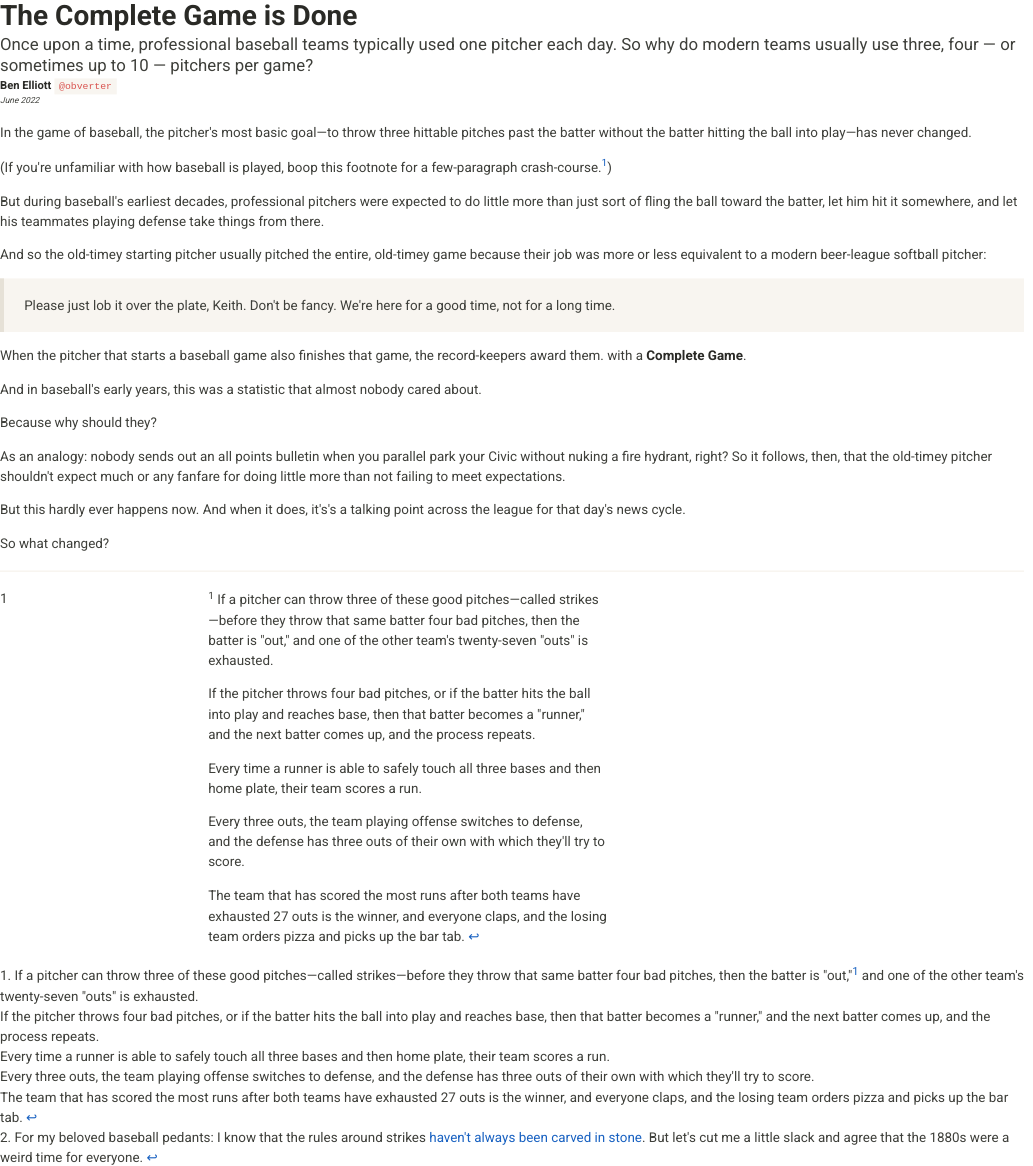
Repository: obverter/complete-games-are-done
Page: index.html
An editor plug-in stored every save of this project. The page is shown before and after the next save, followed by the edit.
The browser window is 1280 px wide. The page is 1291 px wide, so the pictures cover 1291 px, including what lies to the right of the window. The pictures show the whole page, at 80% of full size.

Above is the page before, as saved 2022-06-25 07:55:29.

### index.html
<!DOCTYPE html>
<html>
    <head>
        <meta charset="utf-8" />
        <meta name="viewport" content="width=device-width, initial-scale=1" />
        <title>Complete Games Are Done</title>
        <!-- todo: Title above is the text in the browser tab. -->
        <link rel="stylesheet" href="docs/bulmaswap.min.css" />
    </head>

    <body>
        <h1 class="title is-2">The Complete Game is Done</h1>
        <!-- todo: Title above is the Content title. -->
        <p class="subtitle is-4">
            Once upon a time, professional baseball teams typically used one
            pitcher each day. So why do modern teams usually use three, four —
            or sometimes up to 10 — pitchers per game?
            <!-- todo: Subtitle above is the Content subtitle. -->
        </p>

        <h6 class="title is-6">Ben Elliott <code>@obverter</code></h6>
        <h6 class="subtitle is-7"><em>June 2022</em></h6>
        <div class="content">
            <p>
                In the game of baseball, the pitcher's most basic goal—to throw
                three hittable pitches past the batter without the batter
                hitting the ball into play—has never changed.
            </p>
            <p>
                (If you're unfamiliar with how baseball is played, boop this
                footnote for a few-paragraph crash-course.<sup
                    ><a href="#fn1" id="ref1">1</a></sup
                >)
            </p>
            <p>
                But during baseball's earliest decades, professional pitchers
                were expected to do little more than just sort of fling the ball
                toward the batter, let him hit it somewhere, and let his
                teammates playing defense take things from there.
            </p>
            <p>
                And so the old-timey starting pitcher usually pitched the
                entire, old-timey game because their job was more or less
                equivalent to a modern beer-league softball pitcher:
            </p>
            <blockquote>
                Please just lob it over the plate, Keith. Don't be fancy. We're
                here for a good time, not for a long time.
            </blockquote>
            <p>
                When the pitcher that starts a baseball game also finishes that
                game, the record-keepers award them. with a
                <strong>Complete Game</strong>.
            </p>
            <p>
                And in baseball's early years, this was a statistic that almost
                nobody cared about.
            </p>
            <p>Because why should they?</p>
            <p>
                As an analogy: nobody sends out an all points bulletin when you
                parallel park your Civic without nuking a fire hydrant, right?
                So it follows, then, that the old-timey pitcher shouldn't expect
                much or any fanfare for doing little more than not failing to
                meet expectations.
            </p>
            <p>
                But this hardly ever happens now. And when it does, it's's a
                talking point across the league for that day's news cycle.
            </p>
            <p>So what changed?</p>
            <hr />
            <!-- todo: FOOTNOTES -->
            <div class="columns">
            <div class="column is-one-fifth">1</div>
            <!-- todo: ↘ FOOTNOTES GO HERE ↙ -->
            <div class="column is-two-fifths">
                <p>
                    <sup>1</sup> If a pitcher can throw three of these good pitches—called
                    strikes—before they throw that same batter four bad pitches,
                    then the batter is "out," and one of the other team's
                    twenty-seven "outs" is exhausted.
                </p>
                <p>
                    If the pitcher throws four bad pitches, or if the batter
                    hits the ball into play and reaches base, then that batter
                    becomes a "runner," and the next batter comes up, and the
                    process repeats.
                </p>
                <p>
                    Every time a runner is able to safely touch all three bases
                    and then home plate, their team scores a run.
                </p>
                <p>
                    Every three outs, the team playing offense switches to
                    defense, and the defense has three outs of their own with
                    which they'll try to score.
                </p>
                <p>
                    The team that has scored the most runs after both teams have
                    exhausted 27 outs is the winner, and everyone claps, and the
                    losing team orders pizza and picks up the bar tab.
                    <a href="#ref1" title="Jump back to footnote 1 in the text."
                    >↩</a
                    >
                </p>
            </div>
        </div>

            <!-- <div class="column">3</div>
            <div class="column">4</div>
            <div class="column">5</div> -->
        </div>
        <sup id="fn1"></sup>
        <p>
            1. If a pitcher can throw three of these good pitches—called
            strikes—before they throw that same batter four bad pitches, then
            the batter is "out,"<sup><a href="#fn2" id="ref1">1</a></sup>
            and one of the other team's twenty-seven "outs" is exhausted.
        </p>
        <p>
            If the pitcher throws four bad pitches, or if the batter hits the
            ball into play and reaches base, then that batter becomes a
            "runner," and the next batter comes up, and the process repeats.
        </p>
        <p>
            Every time a runner is able to safely touch all three bases and then
            home plate, their team scores a run.
        </p>
        <p>
            Every three outs, the team playing offense switches to defense, and
            the defense has three outs of their own with which they'll try to
            score.
        </p>
        <p>
            The team that has scored the most runs after both teams have
            exhausted 27 outs is the winner, and everyone claps, and the losing
            team orders pizza and picks up the bar tab.
            <a href="#ref1" title="Jump back to footnote 1 in the text.">↩</a>
            <br />
            <sup id="fn2">
                <p>
                    2. For my beloved baseball pedants: I know that the rules
                    around strikes
                    <a
                        strong
                        href="https://www.baseball-almanac.com/articles/strike_zone_rules_history.shtml"
                        >haven't always been carved in stone</a
                    >. But let's cut me a little slack and agree that the 1880s
                    were a weird time for everyone.
                    <a href="#ref2" title="Jump back to footnote 2 in the text."
                        >↩</a
                    >
                </p></sup
            >
        </p>
    </body>
</html>

Loaded but not shown: docs/bulmaswap.min.css (library)

After the next save:
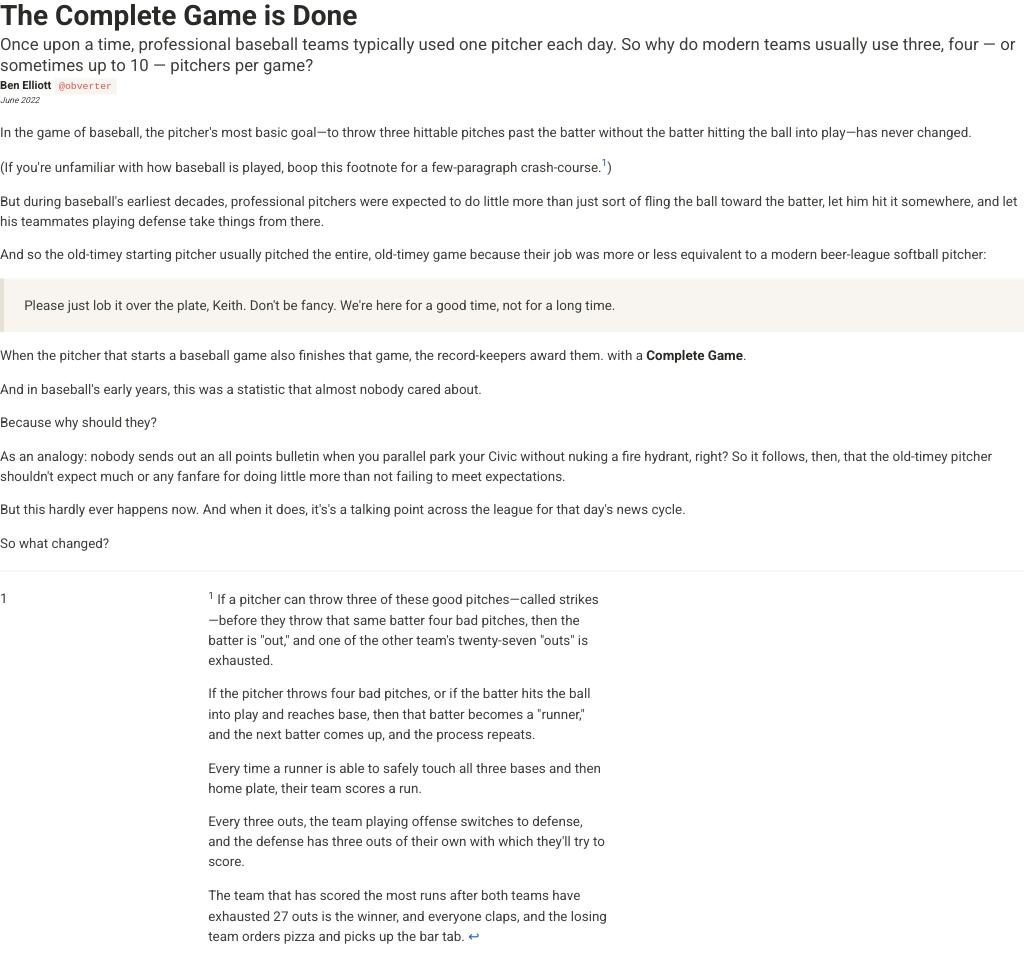
Saved 75 s later.
--- a/index.html
+++ b/index.html
@@ -72,87 +72,48 @@
             <hr />
             <!-- todo: FOOTNOTES -->
             <div class="columns">
-            <div class="column is-one-fifth">1</div>
-            <!-- todo: ↘ FOOTNOTES GO HERE ↙ -->
-            <div class="column is-two-fifths">
-                <p>
-                    <sup>1</sup> If a pitcher can throw three of these good pitches—called
-                    strikes—before they throw that same batter four bad pitches,
-                    then the batter is "out," and one of the other team's
-                    twenty-seven "outs" is exhausted.
-                </p>
-                <p>
-                    If the pitcher throws four bad pitches, or if the batter
-                    hits the ball into play and reaches base, then that batter
-                    becomes a "runner," and the next batter comes up, and the
-                    process repeats.
-                </p>
-                <p>
-                    Every time a runner is able to safely touch all three bases
-                    and then home plate, their team scores a run.
-                </p>
-                <p>
-                    Every three outs, the team playing offense switches to
-                    defense, and the defense has three outs of their own with
-                    which they'll try to score.
-                </p>
-                <p>
-                    The team that has scored the most runs after both teams have
-                    exhausted 27 outs is the winner, and everyone claps, and the
-                    losing team orders pizza and picks up the bar tab.
-                    <a href="#ref1" title="Jump back to footnote 1 in the text."
-                    >↩</a
-                    >
-                </p>
+                <div class="column is-one-fifth">1</div>
+                <!-- todo: ↘ FOOTNOTES GO HERE ↙ -->
+                <div class="column is-two-fifths">
+                    <p>
+                        <sup>1</sup> If a pitcher can throw three of these good
+                        pitches—called strikes—before they throw that same
+                        batter four bad pitches, then the batter is "out," and
+                        one of the other team's twenty-seven "outs" is
+                        exhausted.
+                    </p>
+                    <p>
+                        If the pitcher throws four bad pitches, or if the batter
+                        hits the ball into play and reaches base, then that
+                        batter becomes a "runner," and the next batter comes up,
+                        and the process repeats.
+                    </p>
+                    <p>
+                        Every time a runner is able to safely touch all three
+                        bases and then home plate, their team scores a run.
+                    </p>
+                    <p>
+                        Every three outs, the team playing offense switches to
+                        defense, and the defense has three outs of their own
+                        with which they'll try to score.
+                    </p>
+                    <p>
+                        The team that has scored the most runs after both teams
+                        have exhausted 27 outs is the winner, and everyone
+                        claps, and the losing team orders pizza and picks up the
+                        bar tab.
+                        <a
+                            href="#ref1"
+                            title="Jump back to footnote 1 in the text."
+                            >↩</a
+                        >
+                    </p>
+                </div>
             </div>
-        </div>
 
             <!-- <div class="column">3</div>
             <div class="column">4</div>
             <div class="column">5</div> -->
         </div>
-        <sup id="fn1"></sup>
-        <p>
-            1. If a pitcher can throw three of these good pitches—called
-            strikes—before they throw that same batter four bad pitches, then
-            the batter is "out,"<sup><a href="#fn2" id="ref1">1</a></sup>
-            and one of the other team's twenty-seven "outs" is exhausted.
-        </p>
-        <p>
-            If the pitcher throws four bad pitches, or if the batter hits the
-            ball into play and reaches base, then that batter becomes a
-            "runner," and the next batter comes up, and the process repeats.
-        </p>
-        <p>
-            Every time a runner is able to safely touch all three bases and then
-            home plate, their team scores a run.
-        </p>
-        <p>
-            Every three outs, the team playing offense switches to defense, and
-            the defense has three outs of their own with which they'll try to
-            score.
-        </p>
-        <p>
-            The team that has scored the most runs after both teams have
-            exhausted 27 outs is the winner, and everyone claps, and the losing
-            team orders pizza and picks up the bar tab.
-            <a href="#ref1" title="Jump back to footnote 1 in the text.">↩</a>
-            <br />
-            <sup id="fn2">
-                <p>
-                    2. For my beloved baseball pedants: I know that the rules
-                    around strikes
-                    <a
-                        strong
-                        href="https://www.baseball-almanac.com/articles/strike_zone_rules_history.shtml"
-                        >haven't always been carved in stone</a
-                    >. But let's cut me a little slack and agree that the 1880s
-                    were a weird time for everyone.
-                    <a href="#ref2" title="Jump back to footnote 2 in the text."
-                        >↩</a
-                    >
-                </p></sup
-            >
-        </p>
     </body>
 </html>
